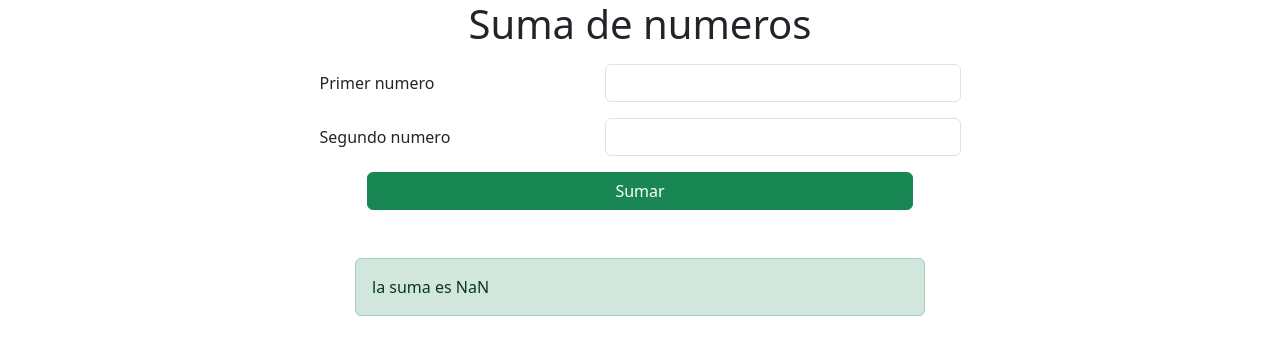
Repository: juansesu3/repositorio-de-prueba
Page: hacersuma/index.html
These files come from the project's save history. The page is drawn as it stood at one moment and after the next save; the edit follows.
The browser window is 1280 px wide. The pictures show the whole page.

Above is the page before, as saved 2023-03-06 17:05:54.

After the next save:
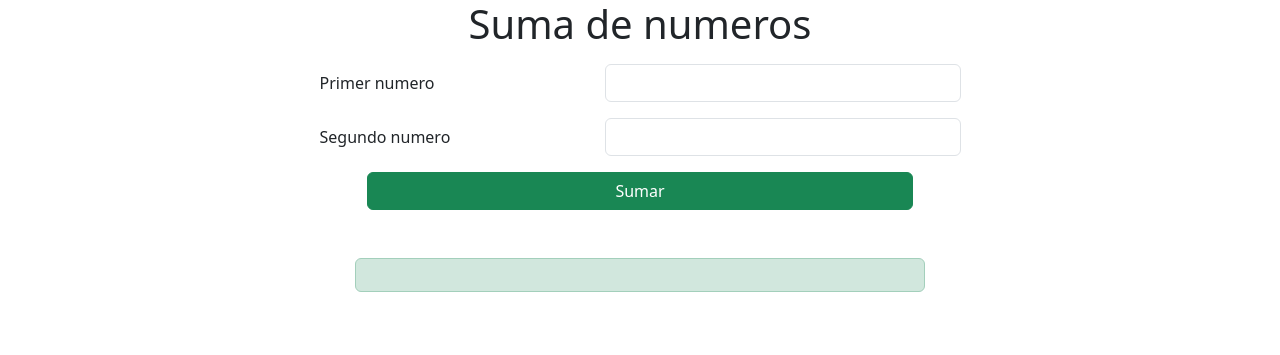
Not found: hacersuma/s
Saved 4 s later.
--- a/hacersuma/index.html
+++ b/hacersuma/index.html
@@ -51,7 +51,7 @@
     <script src="https://cdn.jsdelivr.net/npm/bootstrap@5.3.0-alpha1/dist/js/bootstrap.bundle.min.js"
         integrity="sha384-w76AqPfDkMBDXo30jS1Sgez6pr3x5MlQ1ZAGC+nuZB+EYdgRZgiwxhTBTkF7CXvN"
         crossorigin="anonymous"></script>
-    <script type="module" src="script.js">
+    <script type="module" src="s">
 
     </script>
 </body>

After the 2 saves that followed:
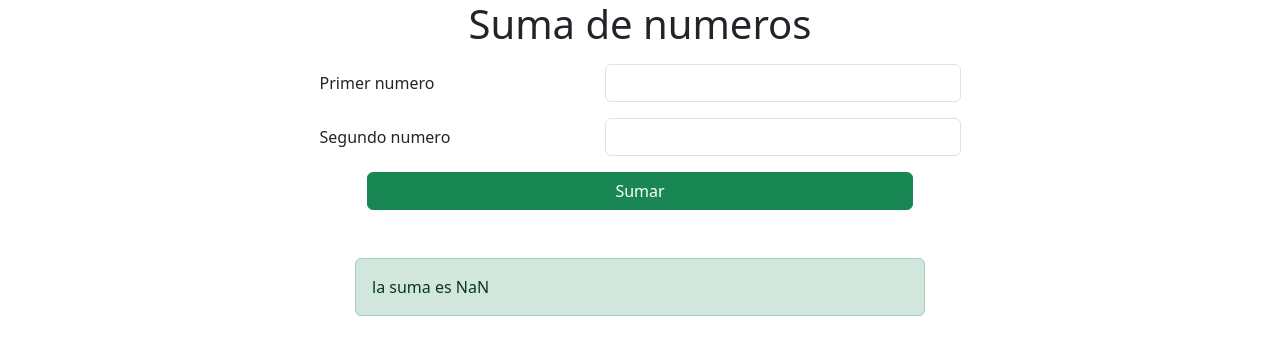
The 2 saves are shown as one change because they came seconds apart.
The last was saved 6 s later.
--- a/hacersuma/index.html
+++ b/hacersuma/index.html
@@ -51,7 +51,7 @@
     <script src="https://cdn.jsdelivr.net/npm/bootstrap@5.3.0-alpha1/dist/js/bootstrap.bundle.min.js"
         integrity="sha384-w76AqPfDkMBDXo30jS1Sgez6pr3x5MlQ1ZAGC+nuZB+EYdgRZgiwxhTBTkF7CXvN"
         crossorigin="anonymous"></script>
-    <script type="module" src="s">
+    <script type="module" src="./script.js">
 
     </script>
 </body>
